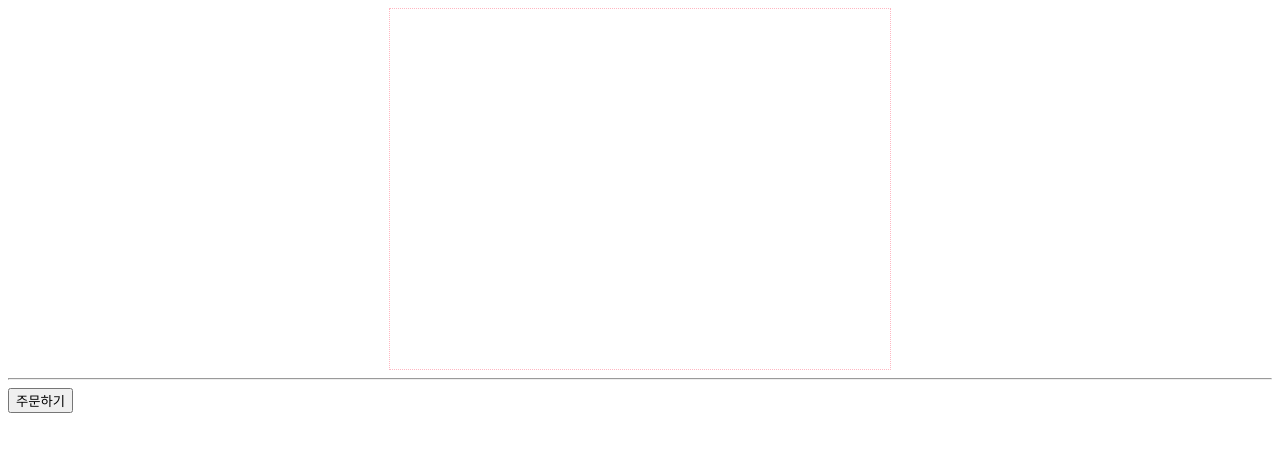
Repository: sehyeongrace/web-workspace
Page: BurgerKingProject/src/main/webapp/index.html
These files come from the project's save history. The page is drawn as it stood at one moment and after the next save; the edit follows.
The browser window is 1280 px wide. The pictures show the whole page.

Above is the page before, as saved 2025-03-07 07:19:57.

After the next save:
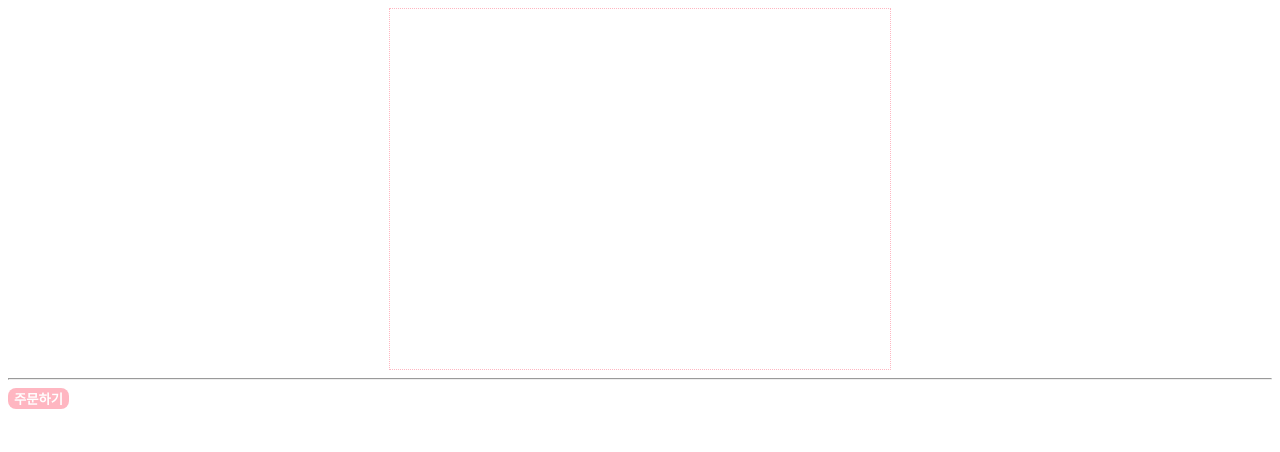
Saved 2 min 0 s later.
--- a/BurgerKingProject/src/main/webapp/index.html
+++ b/BurgerKingProject/src/main/webapp/index.html
@@ -16,6 +16,20 @@
 
 
 	}
+	button{
+		width :
+		height : 40px;
+		font-weight : bold;
+		font-size : 18x;
+		border : none;
+		background : lightpink;
+		color : white;
+		border-radius : 8px;
+
+		&:hover{
+			cursor : pointer;
+		}
+	}
 </style>
 </head>
 <body>
